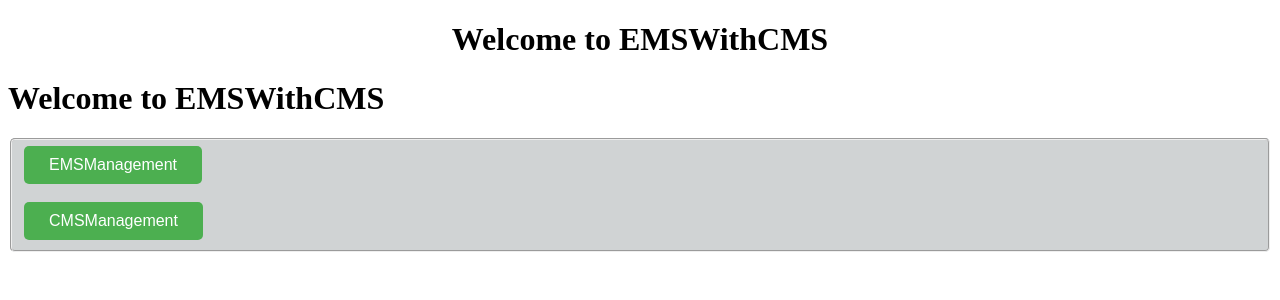
Repository: varnittyagi120/javaproject2
Page: eclipse-workspaceone/CMSWithEMSUsingServletInOptmiseWay/WebContent/index.html
An editor plug-in stored every save of this project. The page is shown before and after the next save, followed by the edit.
The browser window is 1280 px wide. The pictures show the whole page.

Above is the page before, as saved 2019-11-19 09:20:39.

After the next save:
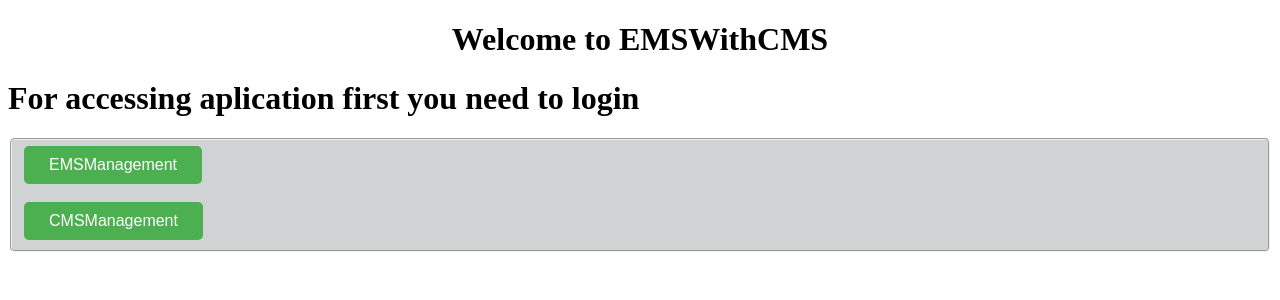
Saved 58 s later.
--- a/eclipse-workspaceone/CMSWithEMSUsingServletInOptmiseWay/WebContent/index.html
+++ b/eclipse-workspaceone/CMSWithEMSUsingServletInOptmiseWay/WebContent/index.html
@@ -17,7 +17,7 @@
 </style>
 <body>
         <center><h1>Welcome to EMSWithCMS</h1></center>
-        <h1>Welcome to EMSWithCMS</h1>
+        <h1>For accessing aplication first you need to login</h1>
         <fieldset Style='background-color:#D0D3D4;border-radius:5px;'>
             <le</legend>
 			    <a href = "StartOfEMS"><button class="button" >EMSManagement</button></a><br><br>
